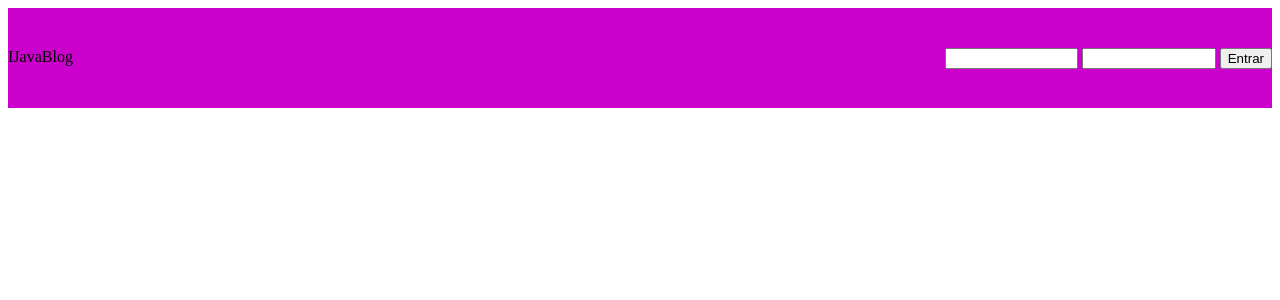
Repository: alruis/IJavaDreamBlog
Page: http://localhost/IJavaBlog/jsp/blog/cabecera.jsp
The author's editor kept a copy of each file at every save. The page is drawn from the files as they stood at one save, then again after the next save.
The browser window is 1280 px wide. The pictures show the whole page.
The page is served by Tomcat 9. Nobody is signed in. The application's start-up code is not run. Other server files are loaded and not shown.

Above is the page before, as saved 2014-09-23 10:12:02.

### IJavaBlog/WebContent/jsp/blog/cabecera.jsp
<%@ page language="java" contentType="text/html; charset=UTF-8"
    pageEncoding="UTF-8"%>
<%@ taglib prefix="c" uri="http://java.sun.com/jsp/jstl/core" %>

<link href="css/cabecera.css" rel="stylesheet" type="text/css" />
<div id="cabecera">
	<form action="autenticar.blog" method="post">
	<div>IJavaBlog</div>
	<div>
		<c:choose>
			<c:when test="${empty sessionScope.usuario}">
				<input type="text" name="correo" />
				<input type="text" name="clave" />
				<input type="submit" value="Entrar" />
			</c:when>
			<c:otherwise>
				Bienvenido, ${sessionScope.usuario.correo }
				<a href="cerrarSesion.blog">Cerrar sesión</a>
			</c:otherwise>
		</c:choose>
	</div>
	</form>
</div>

### IJavaBlog/WebContent/css/cabecera.css
#cabecera {
	background-color: #CC00CC;
	height: 100px;
}

#cabecera div:nth-child(1) {
	float: left;
	width: 20%;
	vertical-align: middle;
	padding: 40px 0px 0px 0px;
}

#cabecera div:nth-child(2) {
	float: left;
	width: 80%;
	text-align: right;
	padding: 40px 0px 0px 0px;
}

#cabecera div:nth-child(2) input[type=text],
#cabecera div:nth-child(2) input[type=password] {
	width: 10em;
}

After the next save:
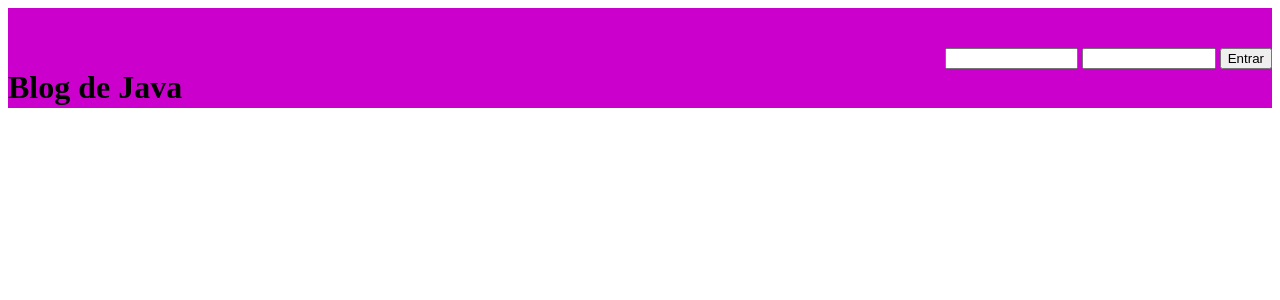
Saved 10 s later.
--- a/IJavaBlog/WebContent/jsp/blog/cabecera.jsp
+++ b/IJavaBlog/WebContent/jsp/blog/cabecera.jsp
@@ -5,7 +5,7 @@
 <link href="css/cabecera.css" rel="stylesheet" type="text/css" />
 <div id="cabecera">
 	<form action="autenticar.blog" method="post">
-	<div>IJavaBlog</div>
+	<div><h1>Blog de Java</h1></div>
 	<div>
 		<c:choose>
 			<c:when test="${empty sessionScope.usuario}">
